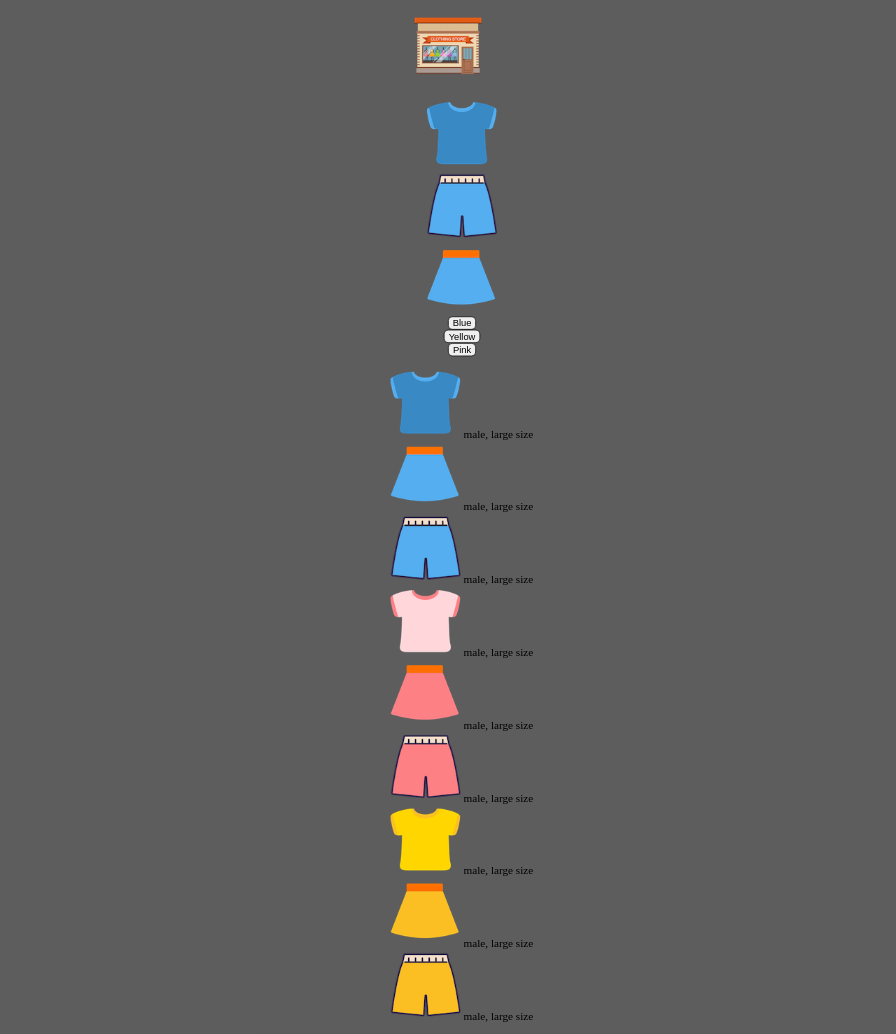
Repository: keehoonjung/Shoppingmall-Game
Page: index.html
The author's editor kept a copy of each file at every save. The page is drawn from the files as they stood at one save, then again after the next save.
The browser window is 1280 px wide. The pictures show the part of the page from y = 0 to 1920 px (the page is 1477 px tall before and 2657 px after), at 70% of full size.

Above is the page before, as saved 2021-08-12 13:27:44.

### index.html
<!DOCTYPE html>
<html lang="en">
<head>
    <meta charset="UTF-8">
    <meta http-equiv="X-UA-Compatible" content="IE=edge">
    <meta name="viewport" content="width=device-width, initial-scale=1.0">
    <title>Shoppingamll Game</title>
    <link rel="stylesheet" href="style.css">
    <script src="main.js" defer></script>
</head>
<body>
    <header>
        <img src="./imgs/logo.png" alt="header" class="header__logo">
    </header>
    <ul class="filter">
        <li>
            <img src="./imgs/blue_t.png" alt="shirt" class="shirt">
        </li>
        <li>
            <img src="./imgs/blue_p.png" alt="pants" class="pants">
        </li>
        <li>
            <img src="./imgs/blue_s.png" alt="" class="skirts">
        </li>
        <li>
            <button class="blue">
                Blue
            </button>
        </li>
        <li>
            <button class="yellow">
                Yellow
            </button>
        </li>
        <li>
            <button class="pink">
                Pink
            </button>
        </li>
    </ul>
    <ul class="items">
        <li class="item">
            <img src="./imgs/blue_t.png" alt="blueshirt">
            <span>male, large size</span>
        </li>
        <li class="item">
            <img src="./imgs/blue_s.png" alt="blueshirt">
            <span>male, large size</span>
        </li>
        <li class="item">
            <img src="./imgs/blue_p.png" alt="blueshirt">
            <span>male, large size</span>
        </li>
        <li class="item">
            <img src="./imgs/pink_t.png" alt="blueshirt">
            <span>male, large size</span>
        </li>
        <li class="item">
            <img src="./imgs/pink_s.png" alt="blueshirt">
            <span>male, large size</span>
        </li>
        <li class="item">
            <img src="./imgs/pink_p.png" alt="blueshirt">
            <span>male, large size</span>
        </li>
        <li class="item">
            <img src="./imgs/yellow_t.png" alt="blueshirt">
            <span>male, large size</span>
        </li>
        <li class="item">
            <img src="./imgs/yellow_s.png" alt="blueshirt">
            <span>male, large size</span>
        </li>
        <li class="item">
            <img src="./imgs/yellow_p.png" alt="blueshirt">
            <span>male, large size</span>
        </li>
    </ul>
</body>
</html>

### style.css
* {
  box-sizing: border-box;
}

body {
  background-color: rgb(94, 93, 93);
  text-align: center;
  margin: 0;
}

ul {
  list-style: none;
}

button {
  border: 1px solid black;
  border-radius: 6px;
}

header {
  margin-top: 20px;
}

.header__logo {
  size: 240px;
}

Loaded but not shown: main.js (no copy from this time; the picture is the same without it)

After the next save:
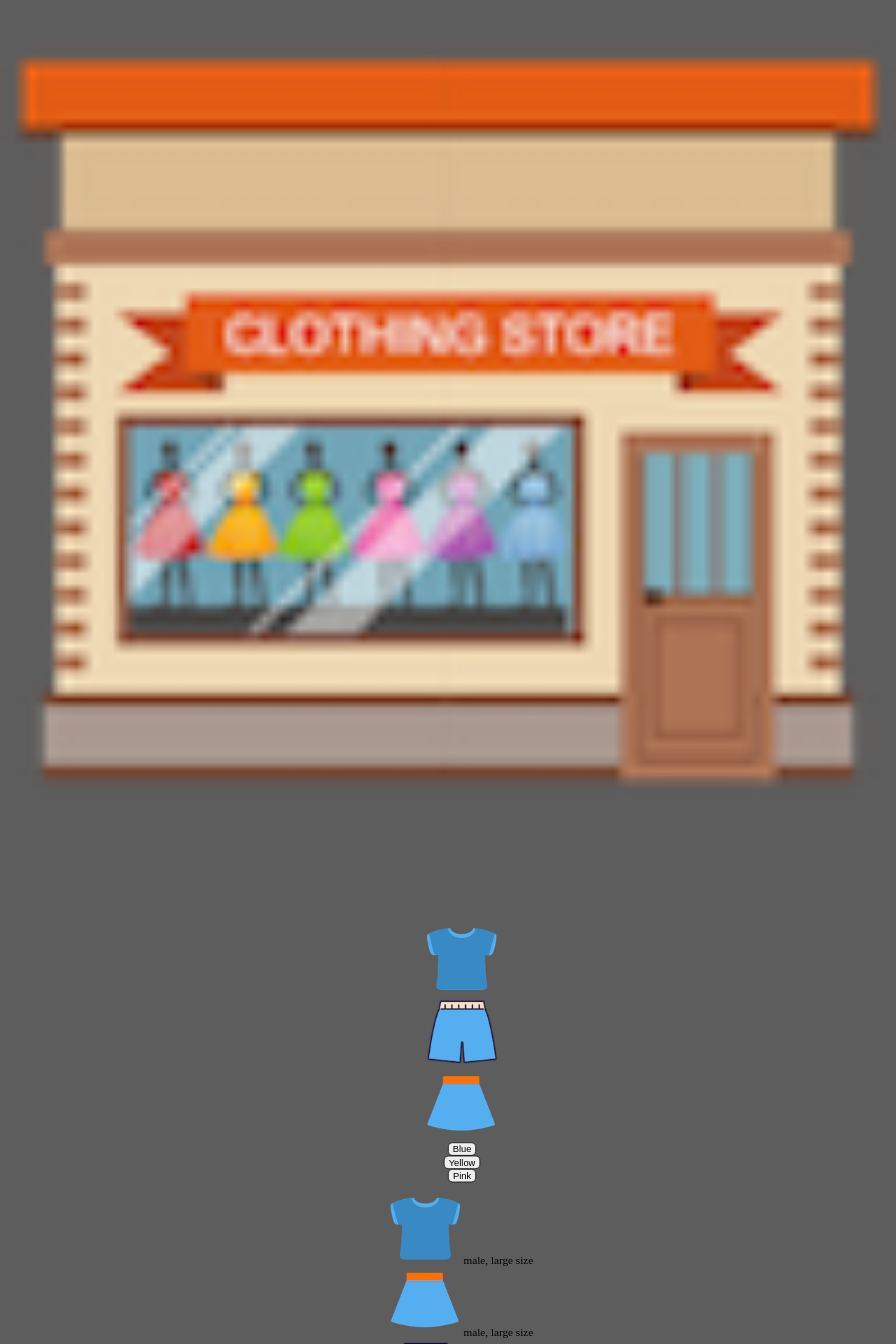
Saved 111 s later.
--- a/style.css
+++ b/style.css
@@ -22,5 +22,5 @@ header {
 }
 
 .header__logo {
-  size: 240px;
+  width: 100%;
 }
